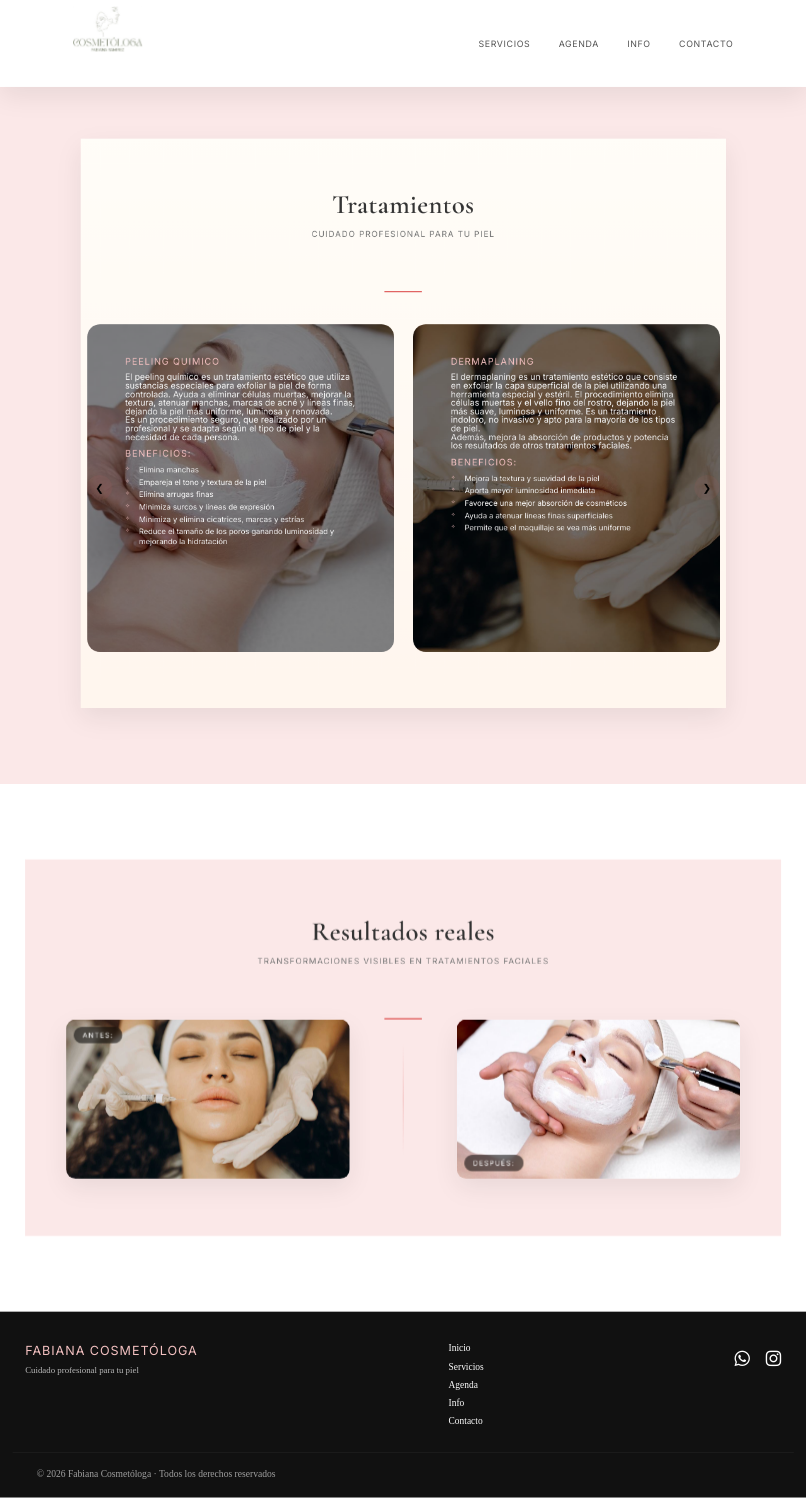
Repository: thiagobal1891-sudo/paginaweb
Page: pages/servicios.html
These files come from the project's save history. The page is drawn as it stood at one moment and after the next save; the edit follows.
The browser window is 1280 px wide. The pictures show the whole page, at 63% of full size.
Some web fonts or font styles are not loaded; a fallback is used.

Above is the page before, as saved 2026-03-16 20:10:06.
Console error: ReferenceError: emailjs is not defined

### pages/servicios.html
<!DOCTYPE html>
<html lang="es">

<head>
  <meta charset="UTF-8">
  <meta name="viewport" content="width=device-width, initial-scale=1.0">
  <title>Fabiana Cosmetóloga</title>
  <link rel="stylesheet" href="../css/style.css">
  <link rel="preconnect" href="https://fonts.googleapis.com">
  <link rel="preconnect" href="https://fonts.gstatic.com" crossorigin>
  <link
    href="https://fonts.googleapis.com/css2?family=Melodrama:wght@400;500;600;700&family=Inter:wght@100..900&family=Poppins:wght@100..900&family=Cormorant+Garamond:wght@300..700&display=swap"
    rel="stylesheet">
  <link rel="stylesheet" href="https://cdnjs.cloudflare.com/ajax/libs/font-awesome/6.5.0/css/all.min.css"
    crossorigin="anonymous" referrerpolicy="no-referrer" />
</head>

<body>
  <header>
    <div class="container">
      <a href="../index.html" class="logo">
        <img src="../media/logo.png" alt="Logo de la marca">
      </a>
      <nav>
        <a href="servicios.html">SERVICIOS</a>
        <a href="agenda.html">AGENDA</a>
        <a href="info.html">INFO</a>
        <a href="contacto.html">CONTACTO</a>
      </nav>
    </div>
  </header>
<main>
  <section id="Tratamientos" class="appear">
  <div class="container">
<div class="section-title">
  <h2>Tratamientos</h2>
  <p>Cuidado profesional para tu piel</p>
</div>
    <div class="carousel-wrapper">

      <div class="arrow left">&#10094;</div>
      <div class="carta-tratamientos">

        <div class="carta">
          <h3>PEELING QUIMICO</h3>
          <p class="info_carta">El peeling químico es un tratamiento estético que utiliza sustancias especiales para exfoliar la piel de forma controlada.
          Ayuda a eliminar células muertas, mejorar la textura, atenuar manchas, marcas de acné y líneas finas, dejando la piel más uniforme, luminosa y renovada.
          <br>Es un procedimiento seguro, que realizado por un profesional y se adapta según el tipo de piel y la necesidad de cada persona.</p>
          <h3>Beneficios:</h3>
          <ul>
            <li>Elimina manchas</li>
          <li>Empareja el tono y textura de la piel</li>
          <li>Elimina arrugas finas</li>
          <li>Minimiza surcos y líneas de expresión</li>
          <li>Minimiza y elimina cicatrices, marcas y estrías</li>
          <li>Reduce el tamaño de los poros ganando luminosidad y mejorando la hidratación </li>
        </ul>
        </div>

        <div class="carta">
          <h3>DERMAPLANING</h3>
          <p class="info_carta">El dermaplaning es un tratamiento estético que consiste en exfoliar la capa superficial de la piel utilizando una herramienta especial y estéril. El procedimiento elimina células muertas y el vello fino del rostro, dejando la piel más suave, luminosa y uniforme.
          Es un tratamiento indoloro, no invasivo y apto para la mayoría de los tipos de piel. <br> Además, mejora la absorción de productos y potencia los resultados de otros tratamientos faciales.</p>
                  <h3>Beneficios:</h3>
                  <ul>
                  <li>Mejora la textura y suavidad de la piel</li>
                  <li>Aporta mayor luminosidad inmediata</li>
                  <li>Favorece una mejor absorción de cosméticos</li>
                  <li>Ayuda a atenuar líneas finas superficiales</li>
                  <li>Permite que el maquillaje se vea más uniforme</li>
                  </ul>
        </div>

        <div class="carta">
          <h3>RADIOFRECUENCIA</h3>
                  <p class="info_carta">La radiofrecuencia facial es un tratamiento estético no invasivo que utiliza ondas electromagnéticas para generar calor en las capas profundas de la piel. Este calor estimula la producción natural de colágeno y elastina, ayudando a mejorar la firmeza y elasticidad del rostro.
                  <br>Es un procedimiento seguro y confortable, ideal para combatir la flacidez y los signos del envejecimiento sin necesidad de cirugía ni tiempo de recuperación.</p>
                  <h3>Beneficios:</h3>
                  <ul>
                  <li>Mejora la firmeza y tonicidad de la piel</li>
                  <li>Estimula la producción de colágeno</li>
                  <li>Reduce la apariencia de arrugas y líneas de expresión</li>
                  <li>Mejora el contorno facial</li>
                  <li>Aporta un efecto tensor progresivo y natural</li>
                  </ul>
        </div>

        <div class="carta">
          <h3>ALTA FRECUENCIA</h3>
                  <p class="info_carta">La alta frecuencia es un tratamiento estético que utiliza corrientes eléctricas suaves para oxigenar la piel, estimular la circulación y mejorar su aspecto general. Se aplica mediante un electrodo de vidrio que produce una leve chispa controlada, generando un efecto bactericida y descongestivo.
                  <br>Es especialmente recomendado para pieles con acné, exceso de grasa o poros dilatados, ya que ayuda a purificar y equilibrar la piel sin causar molestias.</p>
                  <h3>Beneficios:</h3>
                  <ul>
                  <li>Tiene efecto bactericida, ideal para pieles acneicas</li>
                  <li>Reduce la inflamación y enrojecimiento</li>
                  <li>Mejora la circulación y oxigenación de la piel</li>
                  <li>Ayuda a cicatrizar pequeñas lesiones</li>
                  <li>Regula el exceso de grasa y cierra los poros</li>
                  </ul>
        </div>

        <div class="carta">
          <h3>MICRODERMOABRASIÓN</h3>
                  <p class="info_carta">La microdermoabrasión es un tratamiento estético que exfolia la piel de manera mecánica y controlada, eliminando células muertas de la capa superficial. Se realiza con un equipo especializado que ayuda a renovar la piel y estimular la regeneración celular.
                  <br>Es un procedimiento no invasivo, seguro y apto para distintos tipos de piel, ideal para mejorar la textura, luminosidad y apariencia general del rostro.</p>
                  <h3>Beneficios:</h3>
                  <ul>
                  <li>Elimina células muertas y renueva la piel</li>
                  <li>Mejora la textura y suavidad del rostro</li>
                  <li>Atenúa manchas superficiales y marcas leves de acné</li>
                  <li>Reduce la apariencia de poros dilatados</li>
                  <li>Estimula la regeneración celular y aporta luminosidad</li>
                  </ul>
        </div>

        <div class="carta">
          <h3>DERMAPEN</h3>
                  <p class="info_carta">El Dermapen es un tratamiento estético que utiliza un dispositivo con microagujas para realizar pequeñas punciones controladas en la piel. Estas microperforaciones estimulan la producción natural de colágeno y elastina, favoreciendo la regeneración y mejorando la calidad de la piel.
                  <br>Es un procedimiento mínimamente invasivo que <br> se adapta según la necesidad de cada persona, y puede aplicarse en rostro y otras zonas para tratar diferentes imperfecciones.</p>
                  <h3>Beneficios:</h3>
                  <ul>
                  <li>Estimula la producción de colágeno y elastina</li>
                  <li>Mejora la textura y firmeza de la piel</li>
                  <li>Atenúa cicatrices de acné y marcas</li>
                  <li>Reduce líneas finas y arrugas</li>
                  <li>Mejora la apariencia de manchas y poros dilatados</li>
                  </ul>
        </div>

                <div class="carta">
          <h3>ELECTROPORACIÓN</h3>
                  <p class="info_carta">La electroporación es un tratamiento estético no invasivo que utiliza impulsos eléctricos suaves para facilitar la penetración de principios activos en las capas más profundas de la piel, sin necesidad de agujas. Este proceso mejora la absorción de nutrientes, vitaminas y ácido hialurónico, potenciando los resultados del tratamiento.
                  <br>Es una técnica indolora y segura, ideal para revitalizar la piel y mejorar su aspecto de manera efectiva.</p>
                  <h3>Beneficios:</h3>
                  <ul>
                  <li>Favorece la penetración profunda de activos</li>
                  <li>Mejora la hidratación y nutrición de la piel</li>
                  <li>Aporta mayor luminosidad y vitalidad</li>
                  <li>Potencia los resultados de otros tratamientos</li>
                  <li>Es un procedimiento no invasivo y sin tiempo de recuperación</li>
                  </ul>
        </div>
      </div>
      <div class="arrow right">&#10095;</div>
    </div>
  </div>
  </section>

  <section id="infocosmet" class="appear">
    <div class="carousel_infocosmet">
<div class="section-title">
  <h2>Resultados reales</h2>
  <p>Transformaciones visibles en tratamientos faciales</p>
</div>
<div class="carousel-track">
  <div class="slide">
    <div class="img-wrapper">
      <span class="badge top">ANTES:</span>
      <img src="../media/Tratamientos-2.jpg" alt="">
    </div>
    <div class="img-wrapper">
      <span class="badge bottom">DESPUÉS:</span>
      <img src="../media/Tratamientos-3.jpg" alt="">
    </div>
  </div>
  <div class="slide">
    <div class="img-wrapper">
      <span class="badge top">ANTES:</span>
      <img src="../media/Tratamientos-2.jpg" alt="">
    </div>
    <div class="img-wrapper">
      <span class="badge bottom">DESPUÉS:</span>
      <img src="../media/Tratamientos-3.jpg" alt="">
    </div>
  </div>
  <div class="slide">
    <div class="img-wrapper">
        <span class="badge top">ANTES:</span>
      <img src="../media/Tratamientos-2.jpg" alt="">
    </div>
    <div class="img-wrapper">
      <span class="badge bottom">DESPUÉS:</span>
      <img src="../media/Tratamientos-3.jpg" alt="">
    </div>
  </div>
    <div class="slide">
    <div class="img-wrapper">
          <span class="badge top">ANTES:</span>
      <img src="../media/Tratamientos-2.jpg" alt="">
    </div>
    <div class="img-wrapper">
      <span class="badge bottom">DESPUÉS:</span>
      <img src="../media/Tratamientos-3.jpg" alt="">
    </div>
  </div>
<div class="slide">
  <div class="img-wrapper">
    <span class="badge top">ANTES:</span>
    <img src="../media/Tratamientos-2.jpg" alt="">
  </div>
  <div class="img-wrapper">
    <span class="badge bottom">DESPUÉS:</span>
    <img src="../media/Tratamientos-3.jpg" alt="">
  </div>
  </div>
</div>
</div>
  </section>
</main>

<footer class="footer">
  <div class="footer-container">
    <div class="footer-brand">
      <h3>Fabiana Cosmetóloga</h3>
      <p>Cuidado profesional para tu piel</p>
    </div>
    <div class="footer-links">
      <a href="../index.html">Inicio</a>
      <a href="../pages/servicios.html">Servicios</a>
      <a href="../pages/agenda.html">Agenda</a>
      <a href="../pages/info.html">Info</a>
      <a href="../pages/contacto.html">Contacto</a>
    </div>
    <div class="footer-social">
      <a href="https://wa.me/59894623252" target="_blank">
        <i class="fa-brands fa-whatsapp"></i>
      </a>
      <a href="https://www.instagram.com/prettyfacefd" target="_blank">
        <i class="fa-brands fa-instagram"></i>
      </a>
    </div>
  </div>

  <div class="footer-bottom">
    <p>© 2026 Fabiana Cosmetóloga · Todos los derechos reservados</p>
  </div>
</footer>
  <script src="https://cdn.jsdelivr.net/npm/emailjs-com@3/dist/email.min.js"></script>
  <script src="../script.js" defer></script>
<a href="https://www.instagram.com/prettyfacefd" class="instagram-float" aria-label="Enviar mensaje por instagram" target="_blank">
  <i class="fa-brands fa-instagram"></i>
</a>
<a href="https://wa.me/59894623252" class="whatsapp-float" aria-label="Enviar mensaje por WhatsApp" target="_blank">
<i class="fa-brands fa-whatsapp"></i>
</a>
</body>
</html>

Loaded but not shown: script.js (129 lines, source omitted); css/style.css (1096 lines, source omitted)

After the next save:
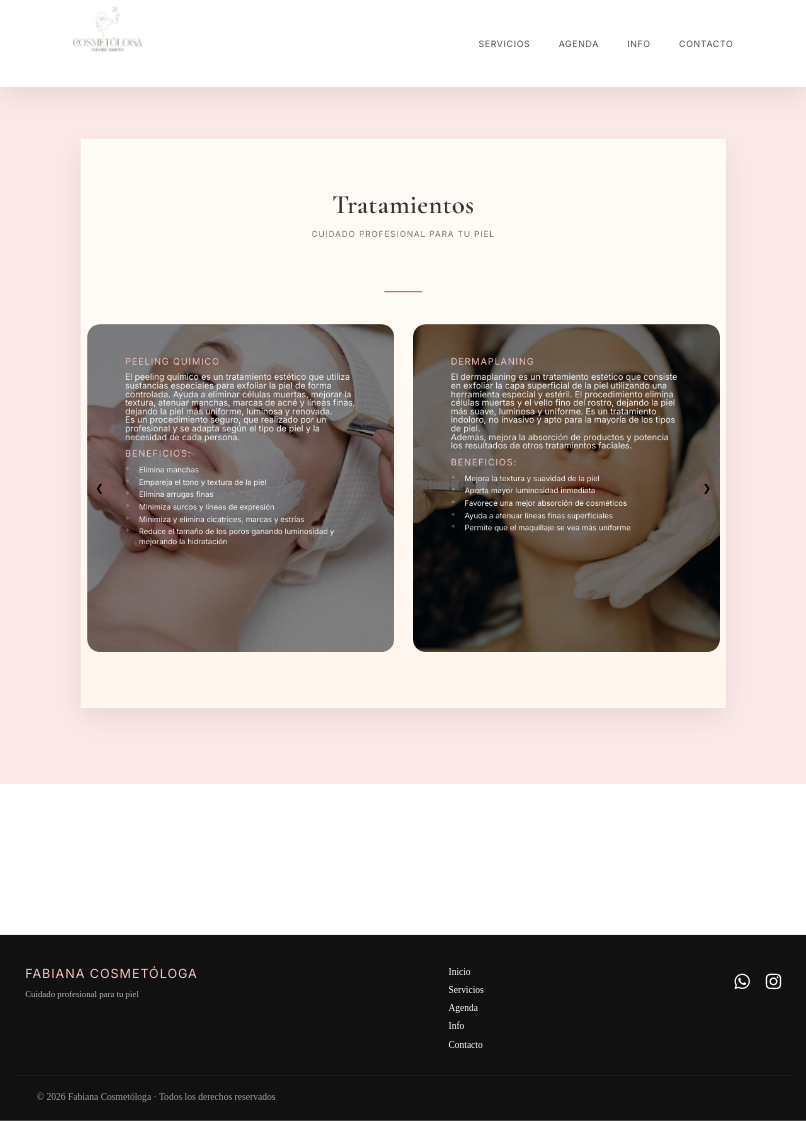
Saved 2 min 14 s later.
--- a/pages/servicios.html
+++ b/pages/servicios.html
@@ -146,66 +146,8 @@
   </div>
   </section>
 
-  <section id="infocosmet" class="appear">
-    <div class="carousel_infocosmet">
-<div class="section-title">
-  <h2>Resultados reales</h2>
-  <p>Transformaciones visibles en tratamientos faciales</p>
-</div>
-<div class="carousel-track">
-  <div class="slide">
-    <div class="img-wrapper">
-      <span class="badge top">ANTES:</span>
-      <img src="../media/Tratamientos-2.jpg" alt="">
-    </div>
-    <div class="img-wrapper">
-      <span class="badge bottom">DESPUÉS:</span>
-      <img src="../media/Tratamientos-3.jpg" alt="">
-    </div>
-  </div>
-  <div class="slide">
-    <div class="img-wrapper">
-      <span class="badge top">ANTES:</span>
-      <img src="../media/Tratamientos-2.jpg" alt="">
-    </div>
-    <div class="img-wrapper">
-      <span class="badge bottom">DESPUÉS:</span>
-      <img src="../media/Tratamientos-3.jpg" alt="">
-    </div>
-  </div>
-  <div class="slide">
-    <div class="img-wrapper">
-        <span class="badge top">ANTES:</span>
-      <img src="../media/Tratamientos-2.jpg" alt="">
-    </div>
-    <div class="img-wrapper">
-      <span class="badge bottom">DESPUÉS:</span>
-      <img src="../media/Tratamientos-3.jpg" alt="">
-    </div>
-  </div>
-    <div class="slide">
-    <div class="img-wrapper">
-          <span class="badge top">ANTES:</span>
-      <img src="../media/Tratamientos-2.jpg" alt="">
-    </div>
-    <div class="img-wrapper">
-      <span class="badge bottom">DESPUÉS:</span>
-      <img src="../media/Tratamientos-3.jpg" alt="">
-    </div>
-  </div>
-<div class="slide">
-  <div class="img-wrapper">
-    <span class="badge top">ANTES:</span>
-    <img src="../media/Tratamientos-2.jpg" alt="">
-  </div>
-  <div class="img-wrapper">
-    <span class="badge bottom">DESPUÉS:</span>
-    <img src="../media/Tratamientos-3.jpg" alt="">
-  </div>
-  </div>
-</div>
-</div>
-  </section>
+    <section id="infocosmet" class="appear">
+
 </main>
 
 <footer class="footer">
